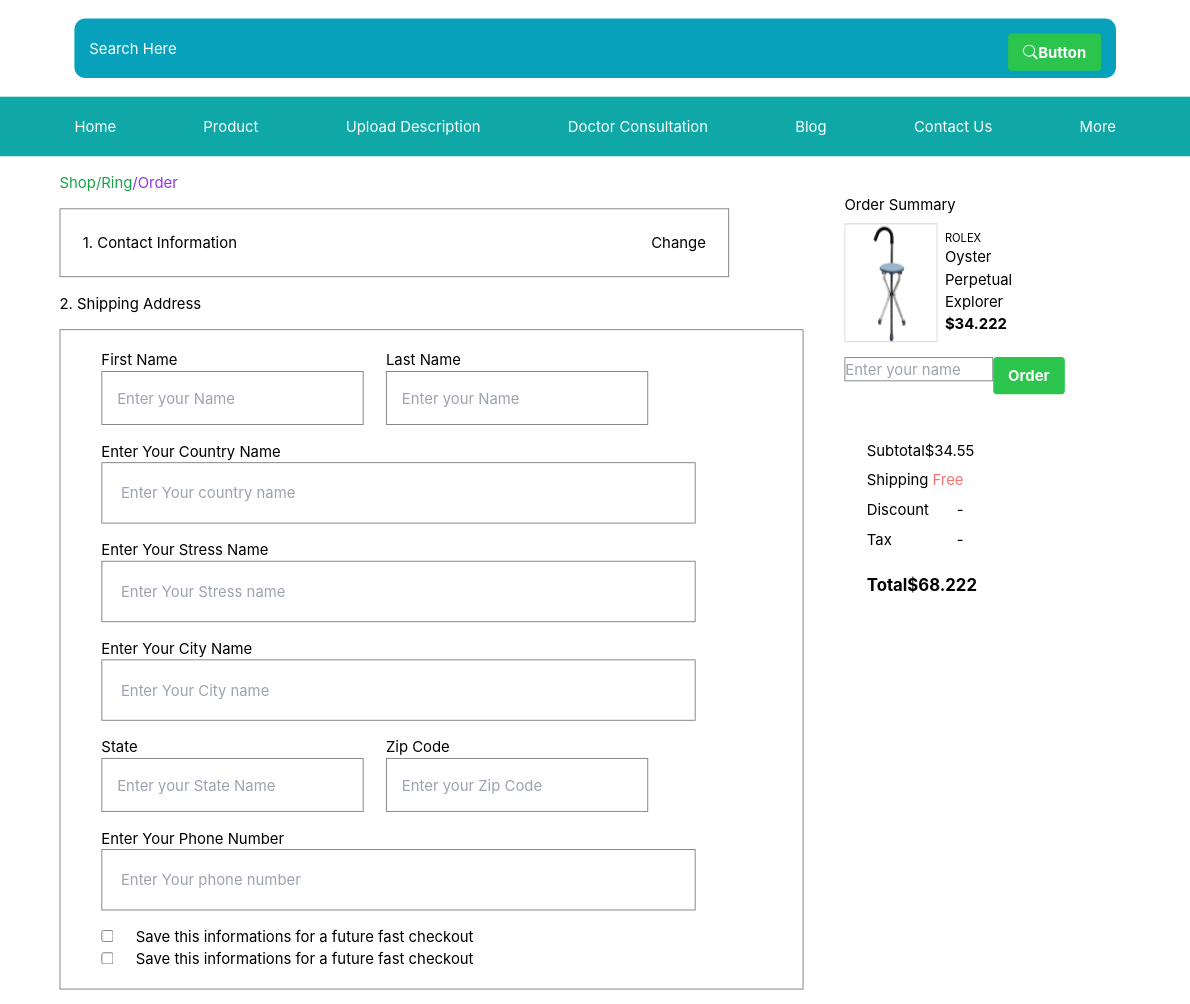
Repository: arafatmollah/form-pharma
Page: /
These files come from the project's save history. The page is drawn as it stood at one moment and after a run of saves; the edit follows.
The browser window is 1280 px wide. The pictures show the whole page, at 93% of full size.
The project was rebuilt for these pictures with package versions that can differ from the ones it lists, and the page was loaded fresh each time.

Above is the page before, as saved 2023-03-15 00:18:10.

After the next 2 saves:
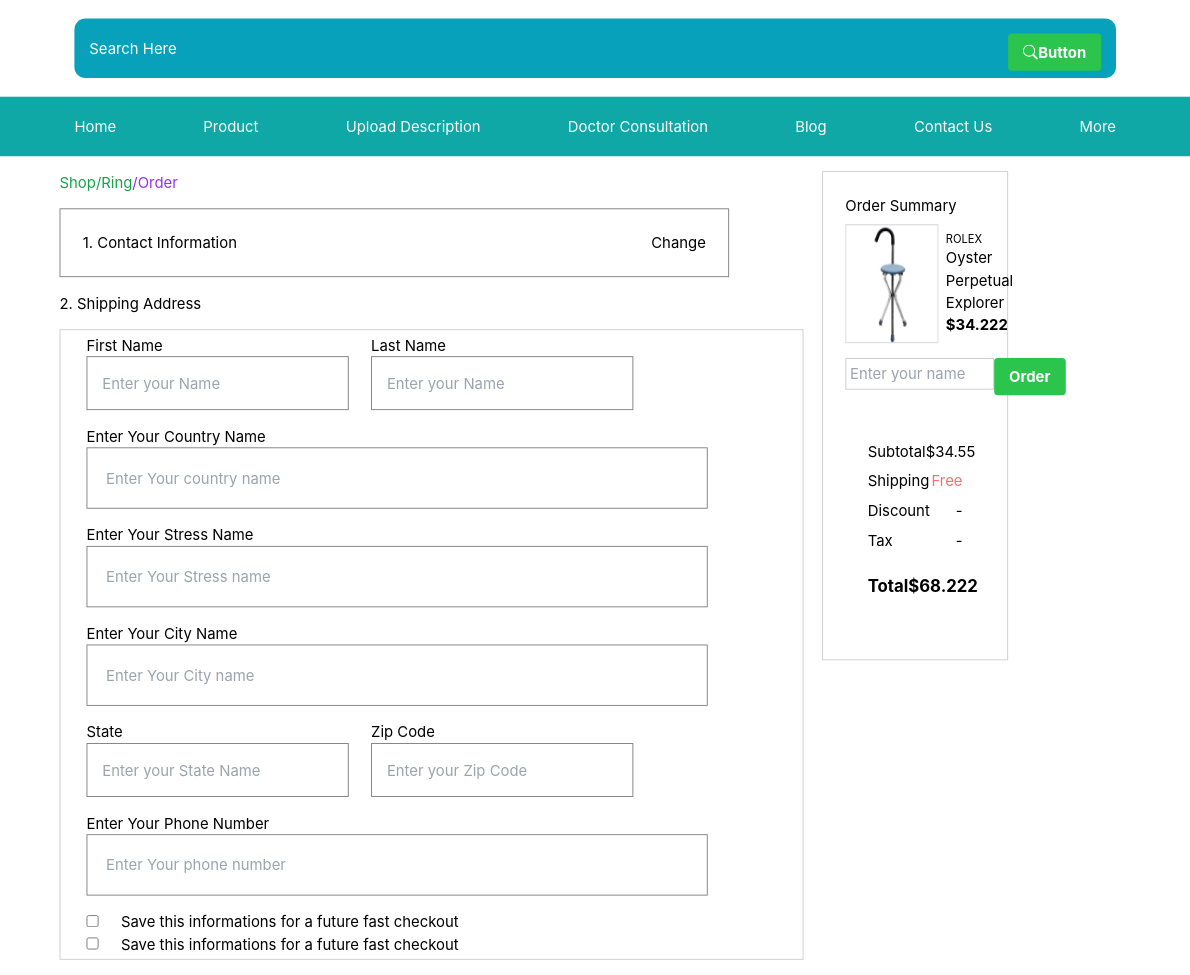
The 2 saves are shown as one change because they came seconds apart.
The last was saved 71 s later.
--- a/src/App.css
+++ b/src/App.css
@@ -33,3 +33,19 @@
 .form{
   border: 1px solid gray;
 }
+.order{
+  border: 1px solid rgb(175, 175, 175);
+  border: 100%;
+}
+.list{
+display: grid;
+grid-template-columns: 900px 300px;
+grid-gap: 50px;
+}
+.form{
+border: 1px solid rgb(207, 205, 205);
+padding: 4px;
+}
+.summary{
+border: 1px solid rgb(207, 205, 205);
+}
